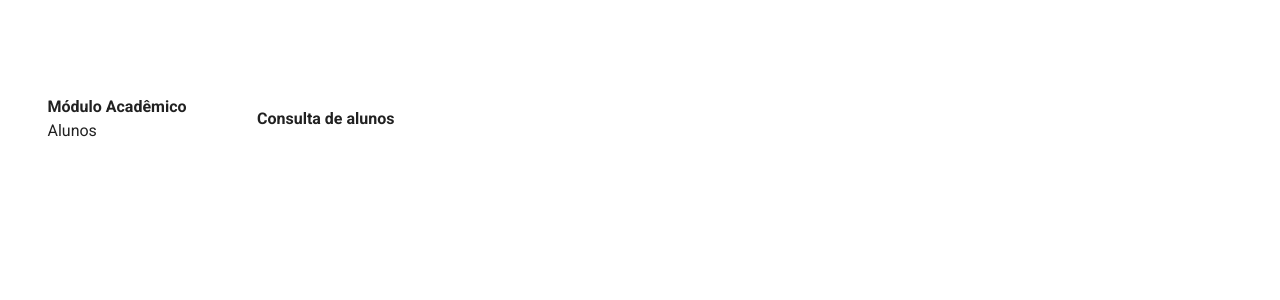
Repository: sergiohidekiono/vue-student
Page: /
These files come from the project's save history. The page is drawn as it stood at one moment and after a run of saves; the edit follows.
The browser window is 1280 px wide. The pictures show the whole page.
The project was rebuilt for these pictures with package versions that can differ from the ones it lists, and the page was loaded fresh each time. Also part of the build but not shown: vue.config.js.

Above is the page before, as saved 2024-08-07 09:22:35.

After the next 2 saves:
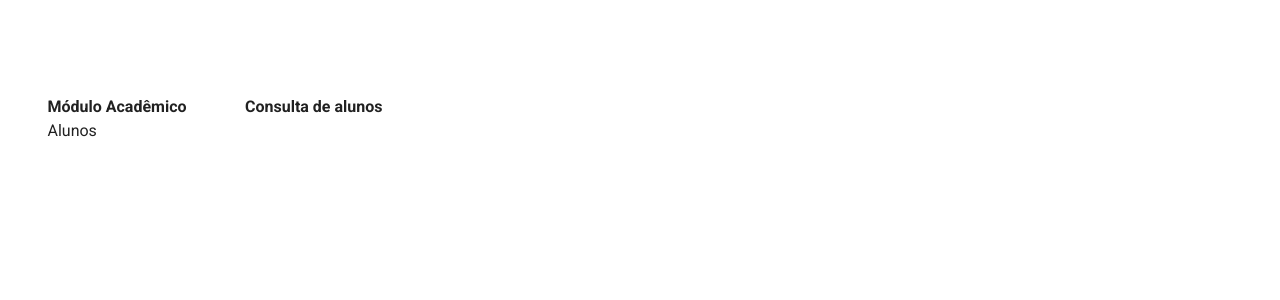
The 2 saves are shown as one change because they came seconds apart.
The last was saved 14 s later.
--- a/src/components/student-list.vue
+++ b/src/components/student-list.vue
@@ -16,7 +16,9 @@
 
             </v-col>
             <v-col cols="10">
-                <h4>Consulta de alunos</h4>
+                <v-row>
+                    <h4>Consulta de alunos</h4>
+                </v-row>
             </v-col>
         </v-row>
     </v-container>
